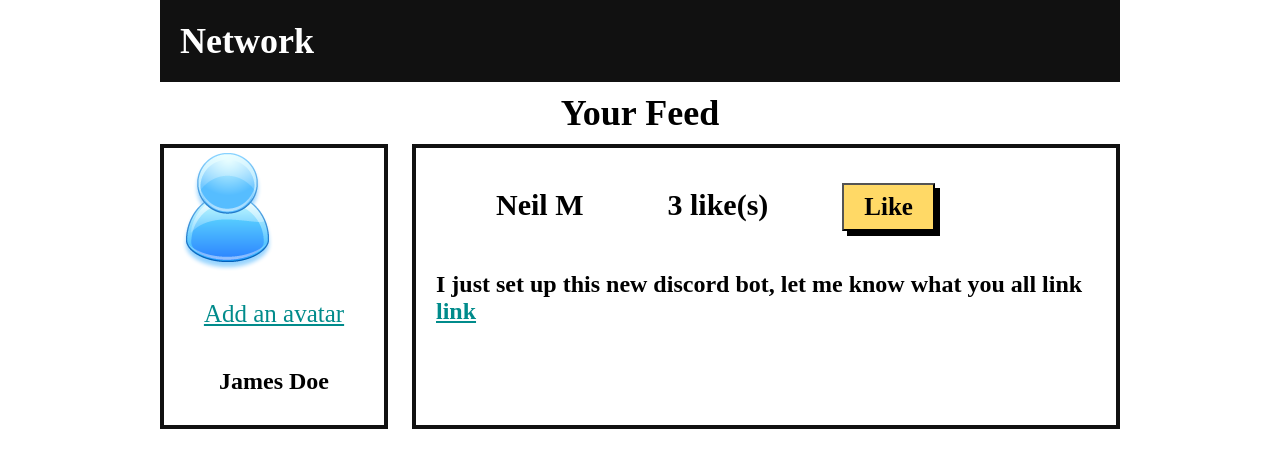
Repository: Blender20/liking_likes
Page: index.html
These files come from the project's save history. The page is drawn as it stood at one moment and after the next save; the edit follows.
The browser window is 1280 px wide. The pictures show the whole page.
Some web fonts or font styles are not loaded; a fallback is used.

Above is the page before, as saved 2022-03-30 11:18:12.

### index.html
<!DOCTYPE html>
<html lang="en">

<head>
  <meta charset="UTF-8">
  <meta http-equiv="X-UA-Compatible" content="IE=edge">
  <meta name="viewport" content="width=device-width, initial-scale=1.0">
  <link rel="stylesheet" href="style.css">
  <title>Document</title>
</head>

<body>
  <nav>
    <h1>Network</h1>
  </nav>
  <div class="feed">
    <h1>Your Feed</h1>
  </div>
  <div class="container flex">
    <div class="leftColumn">
      <div class="img">
        <img src="./user.png" alt="user icon">
      </div>

      <div class="addAvatar"><a href="#">Add an avatar</a>
      </div>
      <div class="userInput">
        <h2>James Doe</h2>
      </div>
    </div>

    <div class="right">
      <h3>Neil M</h3>
      <h3><span id="likeCount">3</span> like(s)</h3>
      <button onclick="addLike()" id="like">Like</button>

      <div class="text-box">
        <h2>I just set up this new discord bot, let me know what you all link <a href="#">link</a></h2>
      </div>
    </div>
  </div>
  <script src="script.js"></script>
</body>

</html>

### style.css
@import url('https://fonts.googleapis.com/css2?family=Balsamiq+Sans:ital,wght@0,400;0,700;1,700&display=swap');
  *{
  padding: 0;
  margin: 0;
  box-sizing: border-box;
  font-family: 'Balsamiq Sans', cursive;
}

.flex {
  display: flex;
  justify-content: space-between;
  align-self: center;
  gap:1.5em;
}
nav{
  min-height: 70px;
  background-color: #111;
  display: block;
  width: 75%;
  margin: 0 auto;

  color: #fff;
  font-family: "balsamiq Sans";
  padding: 10px
}
.container {
  margin: 0 auto;
  width: 75%

}

 .leftColumn{
  border: 4px solid #111;
  /* margin-top: 50px; */
  flex:1;
  margin: 0 auto;

 }

.right {
  border: 4px solid #111;
  /* justify-content: space-between; */
 /* align-items: center; */
 flex:3;
 padding: 20px;
}


h1 {

  font-size: 36px;
  padding: 10px;
}
h2 {
  display:inline-block



}
h3 {
  font-size: 30px;
  display: inline;
  padding-left: 40px;
  margin:20px;
  text-align: end;

}
.feed {
  text-align: center;
  justify-content: center;
}
.text-box {
  margin-top: 40px;
}
a {
  color: darkcyan
}


#like {
  background-color: #FFD966;
  padding: 8px 20px;
  margin-top: 15px;
  margin-left: 50px;
  font-weight: 900;
  font-size: 25px;
  box-shadow: 5px 5px;

}
.avatar{

  text-align: center;

}
.addAvatar{
  margin-top: 20px;
  text-align: center;
  font-size: 25px;

}
.userInput {
  text-align: center;
  margin-top: 40px;
  margin-bottom: 30px;
}
.img {
  justify-items: center;
}

### script.js
var likeCount = document.querySelector('#likeCount')
console.log(likeCount)
function addLike() {

  likeCount.innerText++;

}

After the next save:
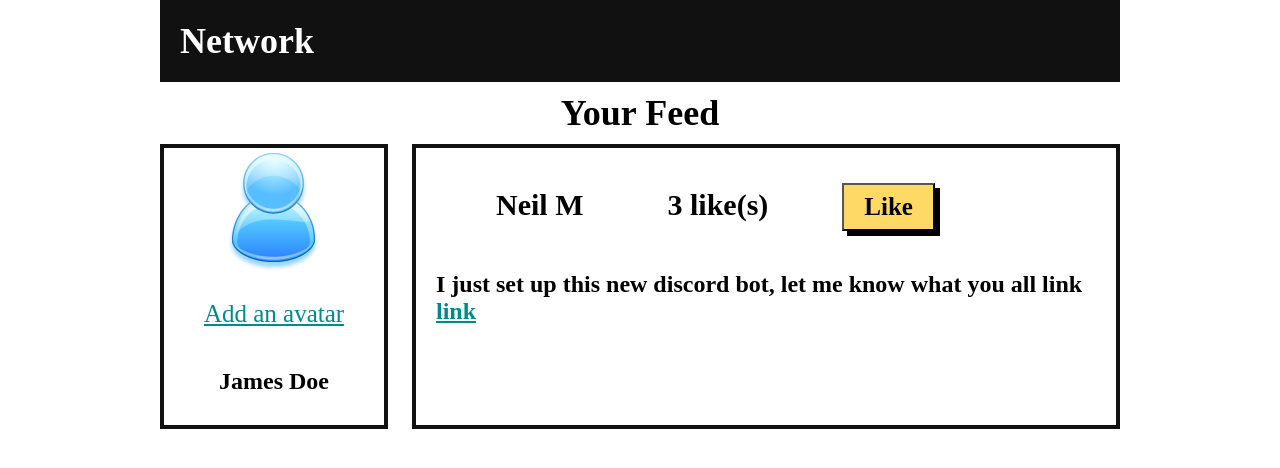
Saved 7 s later.
--- a/style.css
+++ b/style.css
@@ -104,5 +104,5 @@
   margin-bottom: 30px;
 }
 .img {
-  justify-items: center;
+  justify-self: center;
 }

After the save that followed:
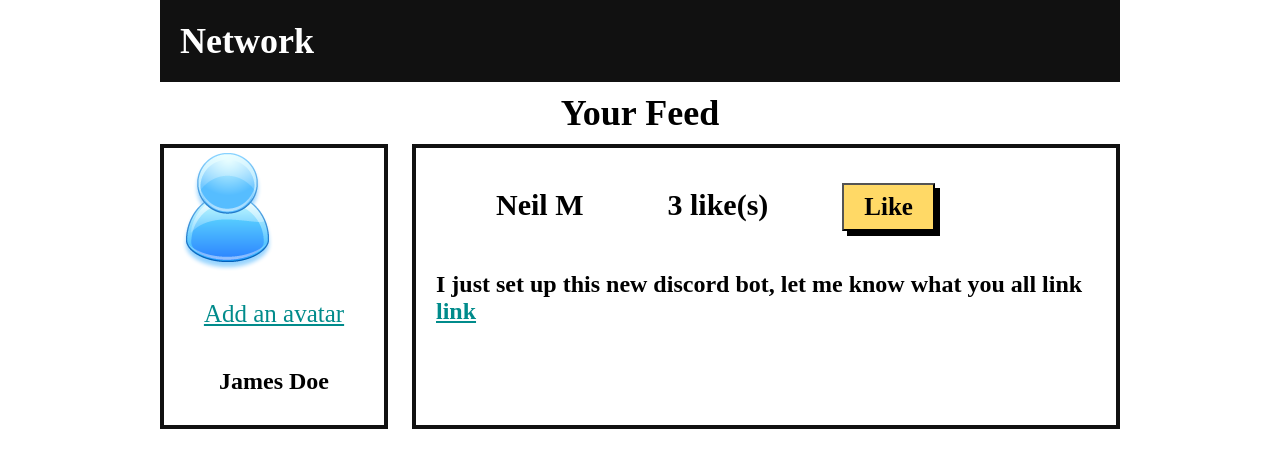
Saved 10 s later.
--- a/style.css
+++ b/style.css
@@ -104,5 +104,5 @@
   margin-bottom: 30px;
 }
 .img {
-  justify-self: center;
+
 }
